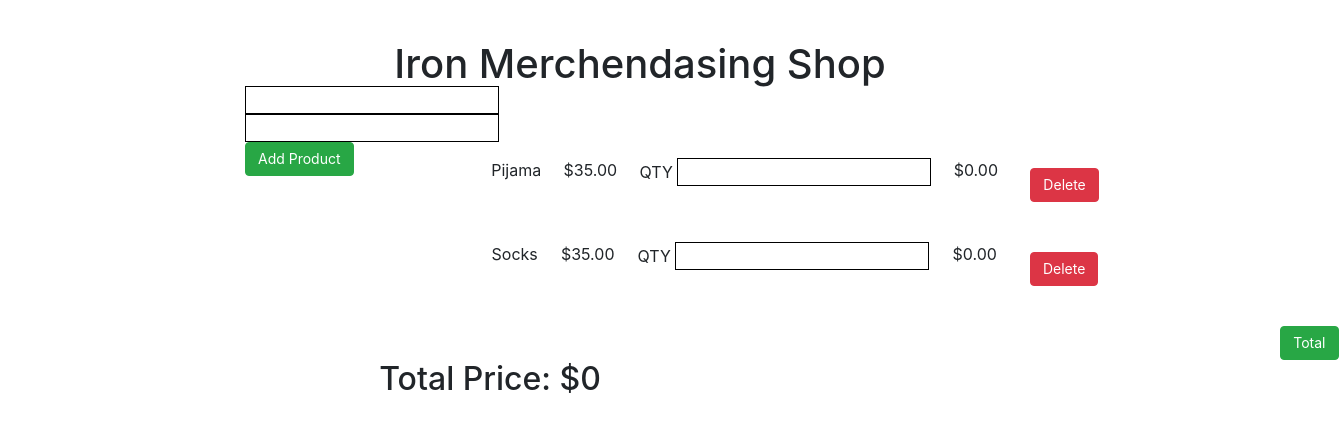
Repository: konstantin0s/lab-cart-DOM
Page: index.html
The author's editor kept a copy of each file at every save. The page is drawn from the files as they stood at one save, then again after a run of saves.
The browser window is 1280 px wide. The page is 1339 px wide, then 1325 px, so the pictures cover 1339 px, including what lies to the right of the window. The pictures show the whole page.
Some web libraries are served in a nearby version.

Above is the page before, as saved 2019-02-04 09:51:58.
Console error: TypeError: Cannot set properties of null (setting 'onclick')

### index.html
<!DOCTYPE html>
<html lang="en">
<head>
  <meta charset="UTF-8">
  <meta name="viewport" content="width=device-width, initial-scale=1.0">
  <meta http-equiv="X-UA-Compatible" content="ie=edge">
  <link rel="stylesheet" href="https://cdnjs.cloudflare.com/ajax/libs/normalize/5.0.0/normalize.min.css">
  <link rel="stylesheet" href="./css/style.css">
  <link rel="stylesheet" href="https://stackpath.bootstrapcdn.com/bootstrap/4.2.1/css/bootstrap.min.css">
  <title>Ironhack cart</title>
</head>

<body>
  <h1  class="title">Iron Merchendasing Shop</h1>
<!--
  <div class="container mt-4" id="amess">
    <h1 class="display-4 text-center">
      <i class="fas fa-book-open text-primary"></i>
      My <span class="text-primary">Products</span>List
      </h1>
      <form action="" id="product-form">
        <div class="form-group">
          <label for="product">Product</label>
          <input id="newProd" class="form-control" type="text">
        </div>
        <div class="form-group">
          <label for="price">$:</label>
          <input id="newPrice" class="form-control" type="text">
        </div>
        <div class="form-group">
          <label for="quantity">QTY</label>
          <input id="newQty" class="form-control" type="text">
        </div>
        <input type="submit" value="Add Product"
          class="btn btn-primary btn-block">
     </form>
        <table class="table table-striped">
          <thead>
            <tr>
              <th>Product:</th>
              <th class="fPrice">Price:</th>
              <th class="fQua">Quantity:</th>
              <th class="fTotal">Total:</th>
              <th></th>
            </tr>
          </thead>
            <tbody id="product-list"></tbody>
          </table>
  </div>   -->


  <div id="container">
       <div class="product">
        <div class="name">
          <span>Pijama</span>
        </div>
        <div class="price">
          $<span>35.00</span>
        </div>
        <div>
          <label>QTY</label>
          <input type="number" name="quantity" class="quantity">
        </div>
        <div class="totalP">
          $<span>0.00</span>
        </div>
        <div class="remove">
            <button class="button btn-danger" type="button">Delete</button>
        </div>
      </div>

      <div class="product">
          <div class="name">
            <span>Socks</span>
          </div>
          <div class="price">
            $<span>35.00</span>
          </div>
          <div>
            <label>QTY</label>
            <input type="number" name="quantity" class="quantity">
          </div>
          <div class="totalP">
            $<span>0.00</span>
          </div>
          <div class="remove" id="remove">
              <button class="button btn-danger" type="button">Delete</button>
          </div>
        </div>

     <div>
    <!--Ouside container-->
     <form action="" id="addNewProd">
       <input type="text" name="product" id="newProd">
       <input type="text" name="price" id="newPrice">
       <button type="submit" class="button btn-success" id="addExtra">Add Product</button>
     </form>

     <div class="addBC-container">
      <div class="calculate">
         <button type="button" class="button btn-success" id="calc-prices-button">Total</button>
      </div>

    <!-- <div class="addPBtn">
      <button type="button" class="button btn-success" id="addExtra">Add Product</button>
    </div> -->

    <h2 id="cart-total-price">
      Total Price: $<span>0</span>
    </h2>

    </div>



      <script type="text/javascript" src="./js/index.js"></script>

</body>
</html>

### css/style.css

body{
  overflow-x: hidden;
  z-index: 1000;
}

.title {
  text-align: center;
  padding: 40px;
}

.container {
  display: flex;
  flex-direction: row;
}

input {
  border: solid 1px black;
}

.product {
  display: flex;
  flex-direction: row;
  justify-content: space-around;
  width: 50%;
  margin: 30px 0 0 480px;
}

.button {
  display: inline-block;
  padding: 6px 12px;
  margin-bottom: 0;
  font-size: 14px;
  font-weight: 400;
  line-height: 1.42857143;
  text-align: center;
  white-space: nowrap;
  vertical-align: middle;
  -ms-touch-action: manipulation;
  touch-action: manipulation;
  cursor: pointer;
  -webkit-user-select: none;
  -moz-user-select: none;
  -ms-user-select: none;
  user-select: none;
  background-image: none;
  border: 1px solid transparent;
  border-radius: 4px;
}

.btn-success {
    color: #fff;
    background-color: #5cb85c;
    border-color: #4cae4c;
}

.cost-1 {
  margin: 10px;

}

.input {
  margin: 10px;
}

.totalP-1 {
  margin: 10px;
}



/* add total & product container */
.addBC-container {
    display: flex;
    flex-direction: column;
    margin:20px 0 20px 0;
}

/* Add new product button*/
.addPBtn {
  margin:10px 0 0 1280px;
  display: flex;
  flex-direction: column;
  width: 6%;
}

#cart-total-price {
  display: flex;
  justify-content: center;
}

/* total button*/
.calculate {
  margin:10px 0 0 1280px;
  display: flex;
  flex-direction: column;
  width: 6%;
}

.remove {
  margin: 10px;
}

.btn-danger {
    color: #fff;
    background-color: #CF000F;
    border-color: #CF000F;
}


.newPrice {
  position: relative;;
  top: 200px;
  left: 100px;
}

.prices .newPrice {
  position: relative;;
  top: 200px;
  left: 100px;
}

/* .quantity {
  margin: 0px 5px;
  height: 30px;
} */

#addNewProd {
  position: relative;
  float: right;
  left: -735px;
  top: -230px;
  width: 300px;
  display: inline-block;
}
/*
 .newRowItems .quan {
  position: relative;
  top: -130px;
  left: 460px;
}

 .newRowItems input{
  position: relative;
  top: -91px;
  left: 190px;
 }


 .newRowItems .inputQua{
  position: relative;
  top: -80px;
  left: 380px;
 }

  .newRowItems .defPrice{
  position: relative;
  top: -210px;
  left: 845px;
 } */ */

 /* style new added new products*/
 /* #amess {
   display:flex;
   width:50%;
   height: 500px;
   flex-direction: column;
   /* align-items: center; */
   /* margin-bottom: 300px;
   left: -400px;
 } */

/*
.newRowItems button {
  position: relative;
  top: -253px;
  left: 890px;
  width: 70px;
  display: inline-block;
  padding: 6px 12px;
  margin-bottom: 0;
  font-size: 14px;
  font-weight: 400;
  line-height: 1.42857143;
  text-align: center;
  white-space: nowrap;
  vertical-align: middle;
  -ms-touch-action: manipulation;
  touch-action: manipulation;
  cursor: pointer;
  -webkit-user-select: none;
  -moz-user-select: none;
  -ms-user-select: none;
  user-select: none;
  background-image: none;
  border: 1px solid transparent;
  border-radius: 4px;

} */

### js/index.js



  // document.getElementById("addExtra").addEventListener("click", createNewItemRow);
  // document.getElementById("addExtra").addEventListener("click", createQuantityNode);
  // document.getElementById("addExtra").addEventListener("click", createQuantityInput);
  // document.getElementById("addExtra").addEventListener("click", getPriceByProduct);
  // document.getElementById("addExtra").addEventListener("click",   createDeleteButton);
  // document.getElementById("calc-prices-button").addEventListener("click", calculatePriceProducts);



var prodList = document.querySelector('#container');
prodList.addEventListener("click", deleteItem);

function deleteItem(e){
 if (e.target.classList.contains("btn-danger")) {
    if (confirm("Are you sure?")) {

      //removes the product div (which is parent of remove div and remove div is parent of btn-danger)
      var prod = e.target.parentElement.parentElement.remove();
      console.log(prod);
     }

    }

}


function getPriceByProduct(itemNode){
  // var h5 = document.createElement("H5");                       // Create a <p> element
  // itemNode = document.createTextNode("$0 ");
  // h5.className = 'defPrice';     // Create a text node
  // h5.appendChild(itemNode);                                          // Append the text to <p>
  // document.getElementsByClassName("newRowItems")[0].appendChild(h5);
}


function updatePriceByProduct(productPrice, index){

}



function getTotalPrice() {  //works individual products
  var products = document.getElementsByClassName("product");
  var cartTotalPrice = document.querySelector("#cart-total-price span"); //update dinamic on each input.
  cartTotalPrice.innerText = 0;


  for (var i = 0; i < products.length; i++) {
   products[i].querySelector(".totalP span").innerText =
   Number(Number(products[i].querySelector(".price span").innerText) *
    Number(products[i].querySelector(".quantity").value));

   cartTotalPrice.innerText = Number(cartTotalPrice.innerText) +
   Number(products[i].querySelector(".totalP span").innerText);
  }
}







function createQuantityInput() {
// var label = document.createElement("LABEL");
// label.className = 'inputQua';
// var quaInput = document.createElement("INPUT");
// label.appendChild(quaInput);
// document.getElementsByClassName('newRowItems')[0].appendChild(label);
}

function createDeleteButton(){
// var button = document.createElement("BUTTON");
// button.className = 'button btn-delete';
// var quaDel = document.createTextNode("Delete");
// button.appendChild(quaDel);
// document.getElementsByClassName('newRowItems')[0].appendChild(button);
}

function createQuantityNode(){
  // var h5 = document.createElement("H5");
  // h5.className = 'quan';                       // Create a <p> element
  // var quaNode = document.createTextNode("Quantity: ");      // Create a text node
  // h5.appendChild(quaNode);                                          // Append the text to <p>
  // document.getElementsByClassName("newRowItems")[0].appendChild(h5);
}

function createItemNode(dataType, itemData){

}

  //Form submit event
var form = document.querySelector("#addNewProd");
form.addEventListener("submit", createNewItemRow);
//add new product here
var prodList = document.querySelector("#container");
//get new product value

function createNewItemRow(e){
  e.preventDefault();
  //get new product value
  var newProd = document.getElementById("newProd").value;
  var newPr = document.getElementById("newPrice").value;

  //new div & span product name
  var div = document.createElement("div");
  div.className = "product";
  var span = document.createElement("span");

  //append new product to new span
  span.appendChild(document.createTextNode(newProd));
  div.appendChild(span);


 //new div & span product name
 var divPrice = document.createElement("div");
 divPrice.className = "price";
 var spanPrice = document.createElement("span");
//  spanPrice.className = "newPrice";
//  console.log(spanPrice);
 divPrice.appendChild(spanPrice);
 console.log(divPrice);
 console.log(spanPrice);
 //append new product to new span
 spanPrice.appendChild(document.createTextNode(newPr));

  // var divQua = document.createElement("div");
  // var quaSpan = document.createElement("input");
  // divQua.appendChild(quaSpan);

  // var divDel = document.createElement("div");
  // divDel.className = "remove";
  // var deleteBtn = document.createElement("button");
  // deleteBtn.className ="button btn-danger";
  // deleteBtn.appendChild(document.createTextNode("Delete"));
  // divDel.appendChild(deleteBtn);


  //add new product to the div container
   prodList.appendChild(div);
   console.log(prodList);




  // var h5 = document.createElement("H5");                       // Create a <p> element
  // itemName = document.createTextNode("Sexy Shirt: ");
  // h5.className = 'sexy';     // Create a text node
  // h5.appendChild(itemName);                                          // Append the text to <p>
  // document.getElementsByClassName("newRowItems")[0].appendChild(h5);

  // var label = document.createElement("LABEL");
  // var par = document.createElement("P");                       // Create a <p> element
  // var dollar = document.createTextNode("$");
  // par.appendChild(dollar);
  // itemUnitPrice = document.createElement("INPUT");
  // label.appendChild(itemUnitPrice);
  // document.getElementsByClassName('newRowItems')[0].appendChild(par);
  // document.getElementsByClassName('newRowItems')[0].appendChild(label);

}

function createNewItem(){

}

window.onload = function(){
  var calculatePriceButton = document.getElementById('calc-prices-button');
  var createItemButton = document.getElementById('new-item-create');
  var deleteButtons = document.getElementsByClassName('btn-delete');

  calculatePriceButton.onclick = getTotalPrice;
  createItemButton.onclick = createNewItem;

  for(var i = 0; i<deleteButtons.length ; i++){
    deleteButtons[i].onclick = deleteItem;
  }
};




// class Product {
//   constructor(name, price, quantity) {
//     this.name = name;
//     this.price = price;
//     this.quantity = quantity;
//   }
// }

// //local storage
// class Store {
//   static getProducts() {
//     var products;
//     if (localStorage.getItem('products') === null) {
//       products = [];
//     } else {
//       products = JSON.parse(localStorage.getItem('products'));
//     }

//     return products;
//   }

//   static addProduct(product) {
//      var products = Store.getProducts();
//        products.push(product);
//        localStorage.setItem('products', JSON.stringify(products));
//   }

//   static removeProduct(quantity) {
//     var products = Store.getProducts();
//     products.forEach((product, index) => {
//       if (product.quantity === quantity) {
//         products.splice(index, 1);
//       }
//     });

//     localStorage.setItem('products', JSON.stringify(products));

//   }
// }

// class UI {
//   static displayProducts() {

//      const products = Store.getProducts();

//      products.forEach((product) => UI.addProductToList(product));

//      }
//      static addProductToList(product) {
//       var list = document.querySelector("#product-list");
//       var  row = document.createElement("TR");
//       row.innerHTML = `
//       <td>${product.name}</td>
//       <td>${product.price}</td>
//       <td>${product.quantity}</td>
//       <td><a href="#" class="btn btn-danger btn-sm
//        delete">X</a></td>
//      `;

//       list.appendChild(row);
//   }

//   static deleteProduct(el) {
//     if (el.classList.contains("delete")) {
//         el.parentElement.parentElement.remove(); // deletes tr
//     }
//   }

//   static showAlert(message, className) {
//   var div = document.createElement('div');
//      div.className = `alert alert-${className}`;
//      div.appendChild(document.createTextNode(message));
//      var container = document.querySelector('#amess');
//      var form = document.querySelector('#product-form');
//      container.insertBefore(div, form);
//      setTimeout(() => document.querySelector('.alert').remove(), 3000);
//   }

//   static clearFields() {
//     const name = document.querySelector("#newProd").value = "";
//     const price = document.querySelector("#newPrice").value = "";
//     const quantity = document.querySelector("#newQty").value = "";
//   }
// }


// document.addEventListener("DOMContentLoaded", UI.displayProducts);

// document.querySelector("#product-form").addEventListener("submit", (e) => {
//   // e.preventDefault();
//   const name = document.querySelector("#newProd").value;
//   const price = document.querySelector("#newPrice").value;
//   const quantity = document.querySelector("#newQty").value;

//   //validate
//   if (name === '' || price === '' || quantity === '') {
//     UI.showAlert('please fill in all fields', 'danger');
//   } else {
//     const product = new Product(name, price, quantity);

//     UI.addProductToList(product);

//     //add product to Store
//     Store.addProduct(product);

//     UI.clearFields();
//   }


// });

// //delete product
// document.querySelector("#product-list").addEventListener("click", (e) => {
//   UI.deleteProduct(e.target);

//   //remove product from store
// Store.removeProduct(e.target.parentElement.previousElementSibling.textContent);

// });

After the next 2 saves:
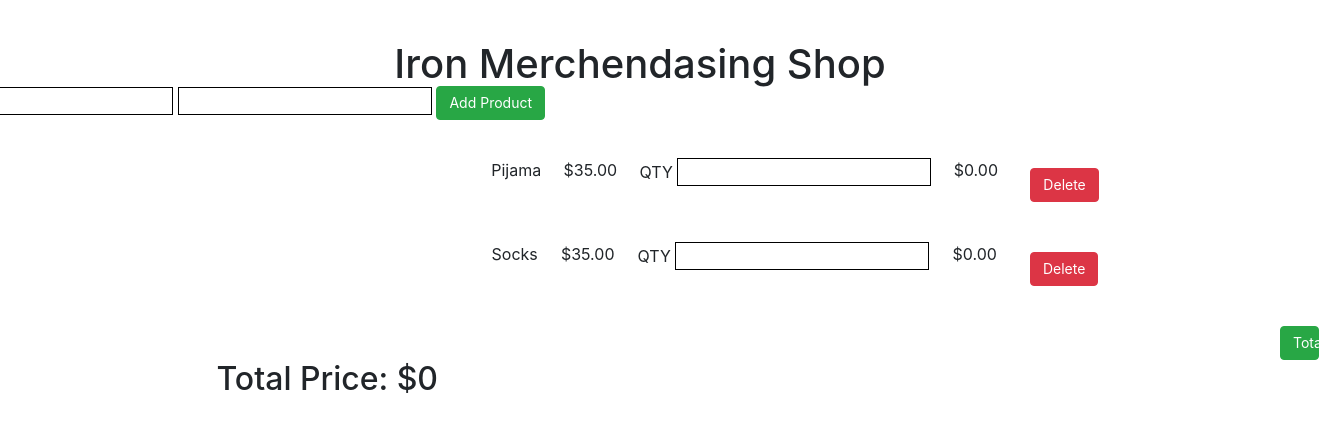
The 2 saves are shown as one change because they came seconds apart.
The last was saved 11 s later.
--- a/css/style.css
+++ b/css/style.css
@@ -130,8 +130,8 @@ input {
   float: right;
   left: -735px;
   top: -230px;
-  width: 300px;
-  display: inline-block;
+
+  display: inline;
 }
 /*
  .newRowItems .quan {
